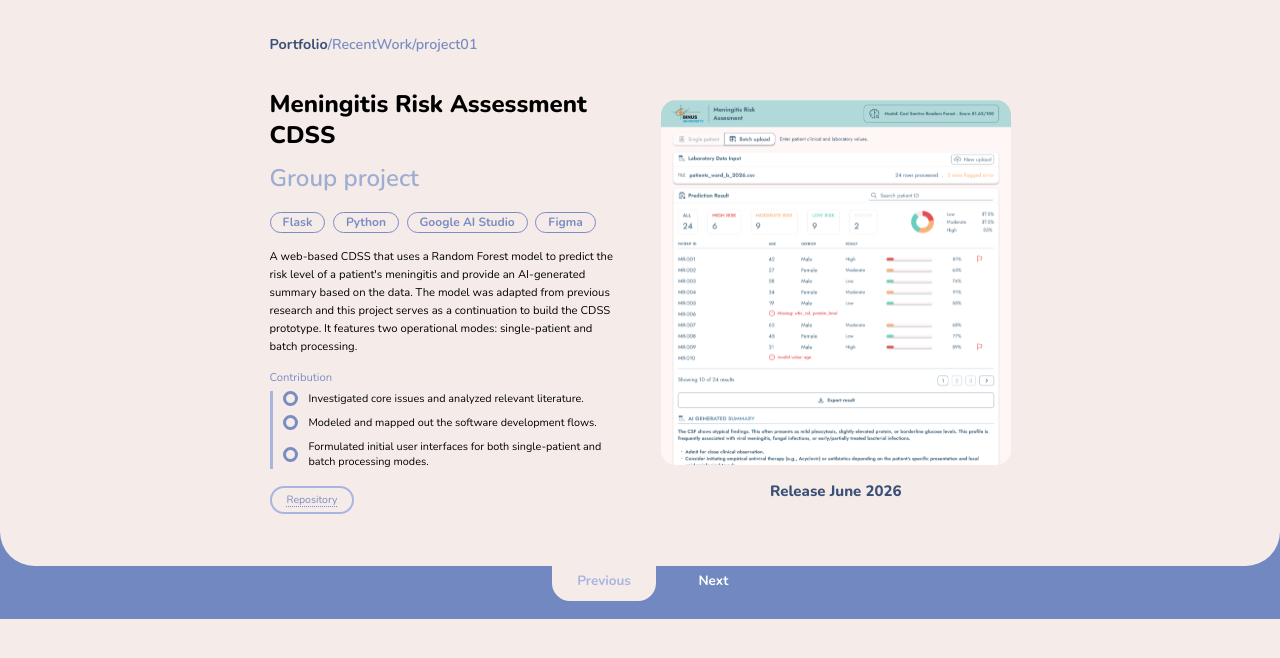
Repository: L-vy/L-vy
Page: /recentworks/project01
An editor plug-in stored every save of this project. The page is shown before and after the next save, followed by the edit.
The browser window is 1280 px wide. The pictures show the whole page.
Some web fonts or font styles are not loaded; a fallback is used. The project was rebuilt for these pictures with package versions that can differ from the ones it lists, and the page was loaded fresh each time. Also part of the build but not shown: vite.config.ts, src/components/Icon.tsx, src/data/site.ts, src/components/useGoTo.ts, src/components/Navbar.tsx, src/components/Hero.tsx, src/components/Reveal.tsx, src/components/Skills.tsx and 9 more.

Above is the page before, as saved 2026-10-07 19:49:57.

After the next save:
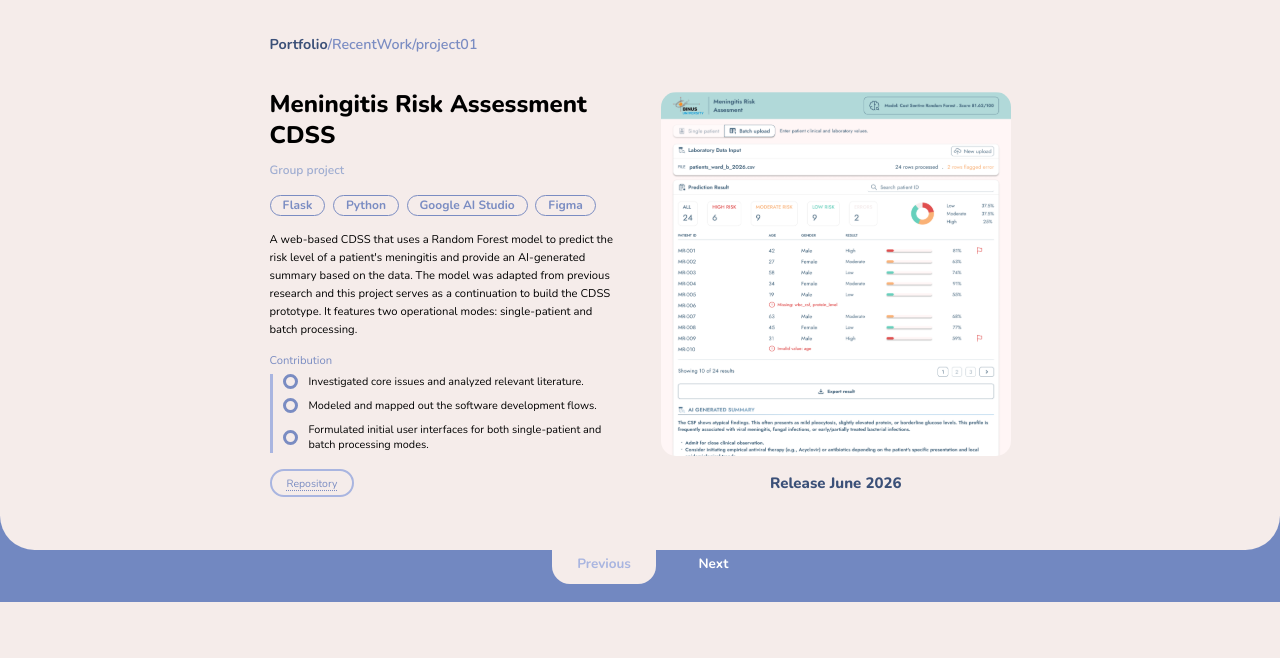
Saved 15 s later.
--- a/src/styles.css
+++ b/src/styles.css
@@ -135,7 +135,7 @@ h1{margin-top:0.25rem;font:400 2.5rem/1.35 'Playwrite US Modern','Nunito',cursiv
 .detail-grid{display:grid;grid-template-columns:1fr 1fr;gap:3.5rem;align-items:center;margin-top:2.875rem}
 .detail-title{margin:0;font:800 2rem/1.3 'Nunito',sans-serif}
 .detail .pills{margin-top:1.375rem}
-.meta{margin-top:0.875rem;font-size:2rem;font-weight:600;color:var(--bar)}
+.meta{margin-top:0.875rem;font-size:1rem;font-weight:600;color:var(--bar)}
 .contrib{margin:1.125rem 0 0.5rem;font:400 0.9375rem 'Playwrite US Modern','Nunito',cursive;color:var(--peri)}
 .contrib-list{border-left:3px solid var(--light);padding-left:0.875rem;display:grid;gap:0.75rem;font-size:0.90625rem}
 .contrib-list li{display:flex;gap:0.875rem;align-items:center}
